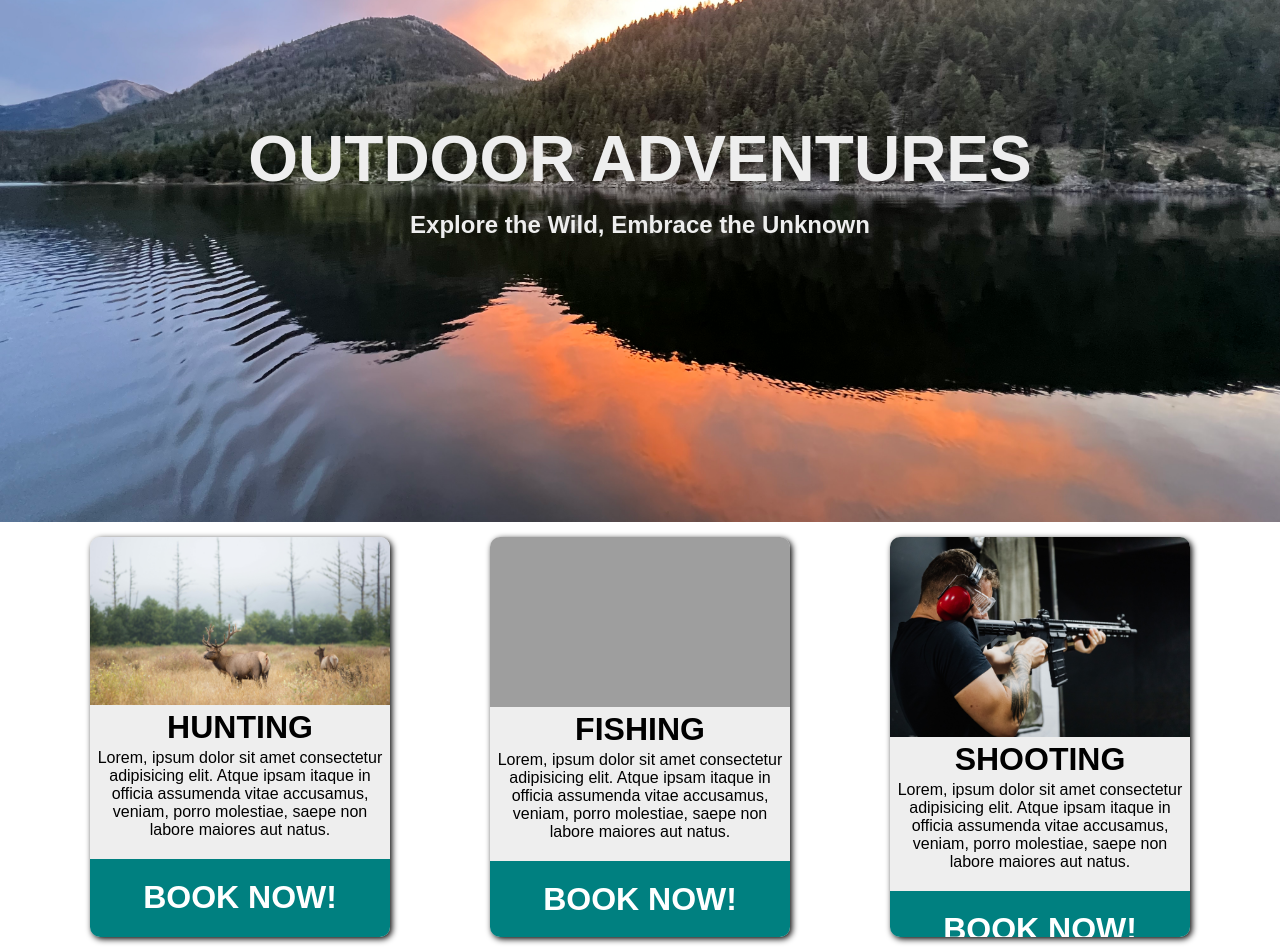
Repository: iforgotmylogin/WebDesignFinal
Page: index.html
The author's editor kept a copy of each file at every save. The page is drawn from the files as they stood at one save, then again after the next save.
The browser window is 1280 px wide. The pictures show the part of the page from y = 290 to 1242 px (the page is 1242 px tall).
Pictures or frames that could not be fetched are drawn as grey boxes. A picture or video elsewhere on the page could not be fetched, so the positions and the page height are approximate.

Above is the page before, as saved 2024-04-07 18:56:29.

After the next save:
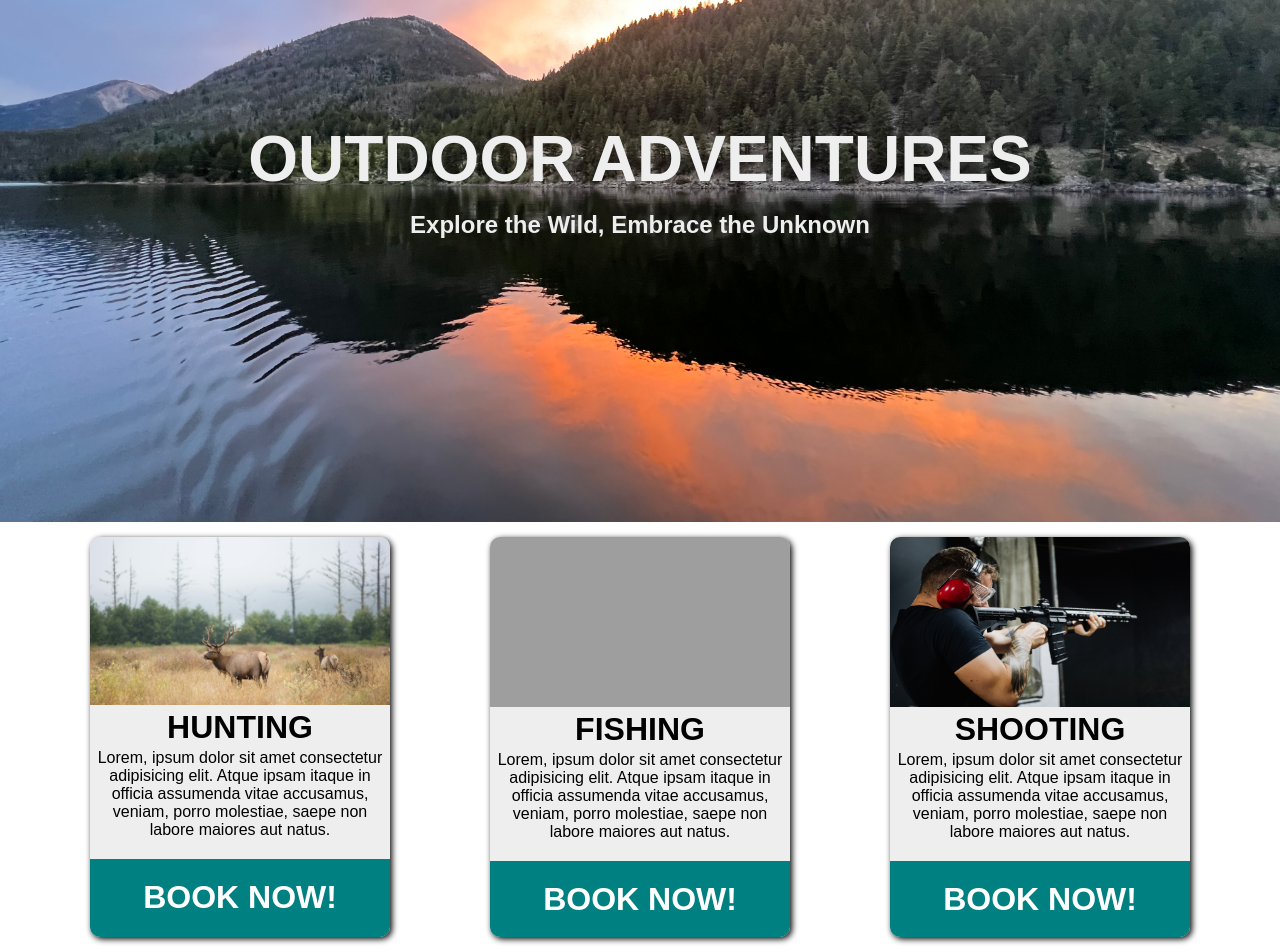
Saved 32 s later.
--- a/css/homepage.css
+++ b/css/homepage.css
@@ -53,3 +53,6 @@
 .Fishing img{
     height: 170px;
 }
+.Shooting img{
+    height: 170px
+}
